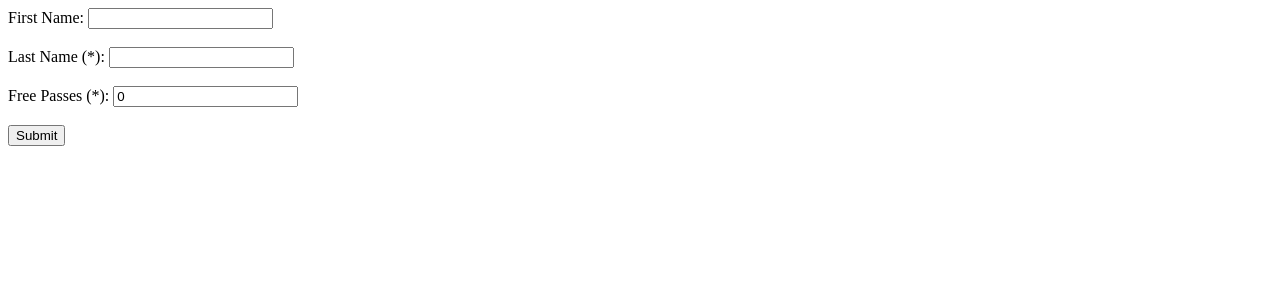
Repository: vehaan/Spring-and-Hibernate
Page: http://localhost/spring-mvc-demo/customer/showForm
These files come from the project's save history. The page is drawn as it stood at one moment and after the next save; the edit follows.
The browser window is 1280 px wide. The pictures show the whole page.
The page is served by Tomcat 9.

Above is the page before, as saved 2021-05-24 11:10:28.

After the next save:
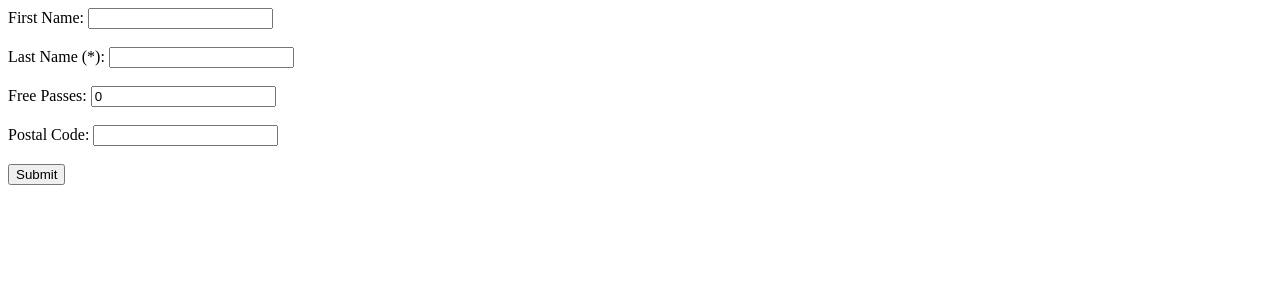
Saved 50 s later.
--- a/spring-mvc-demo/WebContent/WEB-INF/view/customer-form.jsp
+++ b/spring-mvc-demo/WebContent/WEB-INF/view/customer-form.jsp
@@ -18,8 +18,12 @@
 		<form:errors path="lastName" cssClass="error"/>
 
 			<br><br>
-		Free Passes (*): <form:input path="freePasses"/>
+		Free Passes: <form:input path="freePasses"/>
 		<form:errors path="freePasses" cssClass="error"/>
+
+				<br><br>
+		Postal Code: <form:input path="postalCode"/>
+		<form:errors path="postalCode" cssClass="error"/>
 
 		<br><br>
 
